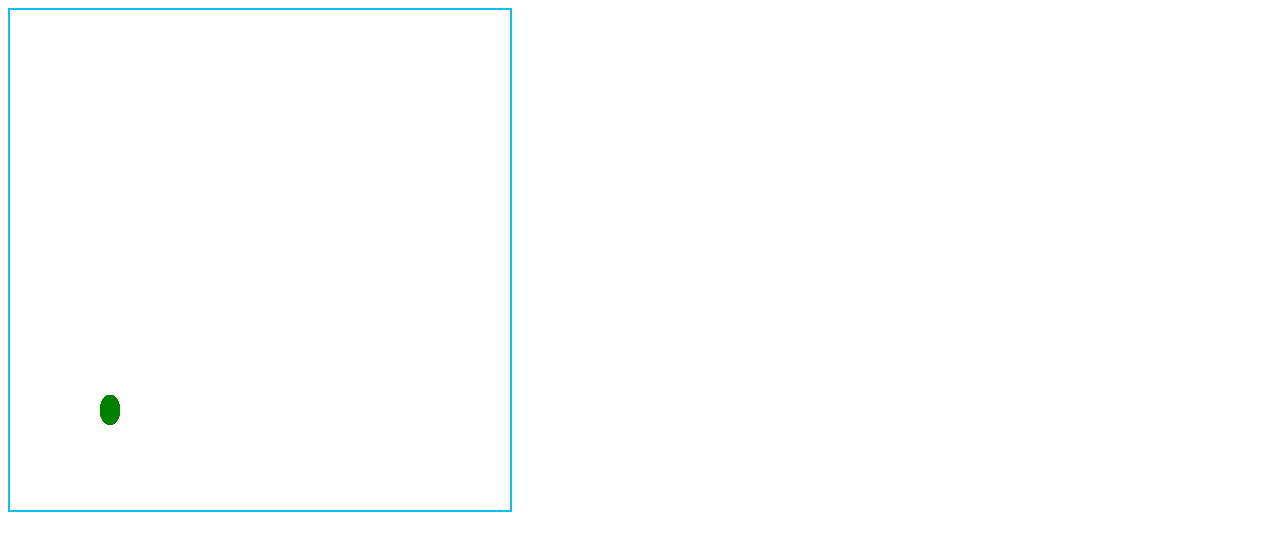
Repository: Jubair-Ahmed-Junjun/js-graphics
Page: Scatter Plots.html
An editor plug-in stored every save of this project. The page is shown before and after the next save, followed by the edit.
The browser window is 1280 px wide. The pictures show the whole page.

Above is the page before, as saved 2022-08-08 21:47:49.

After the next save:
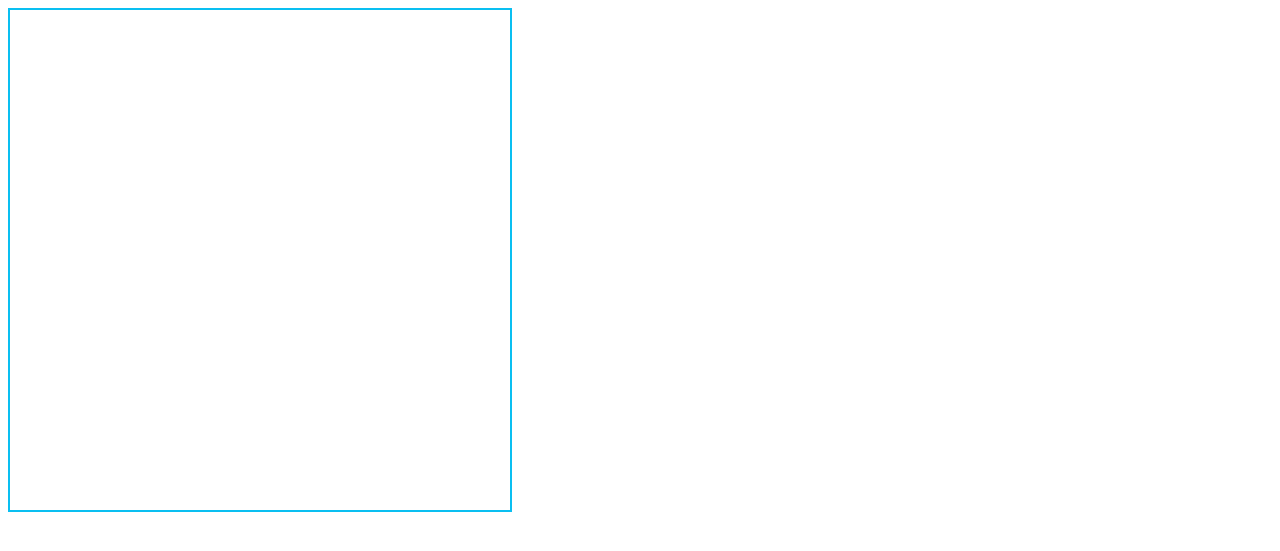
Saved 12 s later.
--- a/Scatter Plots.html
+++ b/Scatter Plots.html
@@ -20,7 +20,7 @@ for (let i = 0; i < xArray.length-1; i++) {
   let x = xArray[i] * xMax/150;
   let y = yArray[i] * yMax/15;
   ctx.beginPath();
-  ctx.ellipse(100, 100, 10, 15, 0, 0, Math.PI * 2);
+  ctx.ellipse(100, 100, 0, 15, 0, 0, Math.PI * 2);
 
   ctx.fill();
 }
